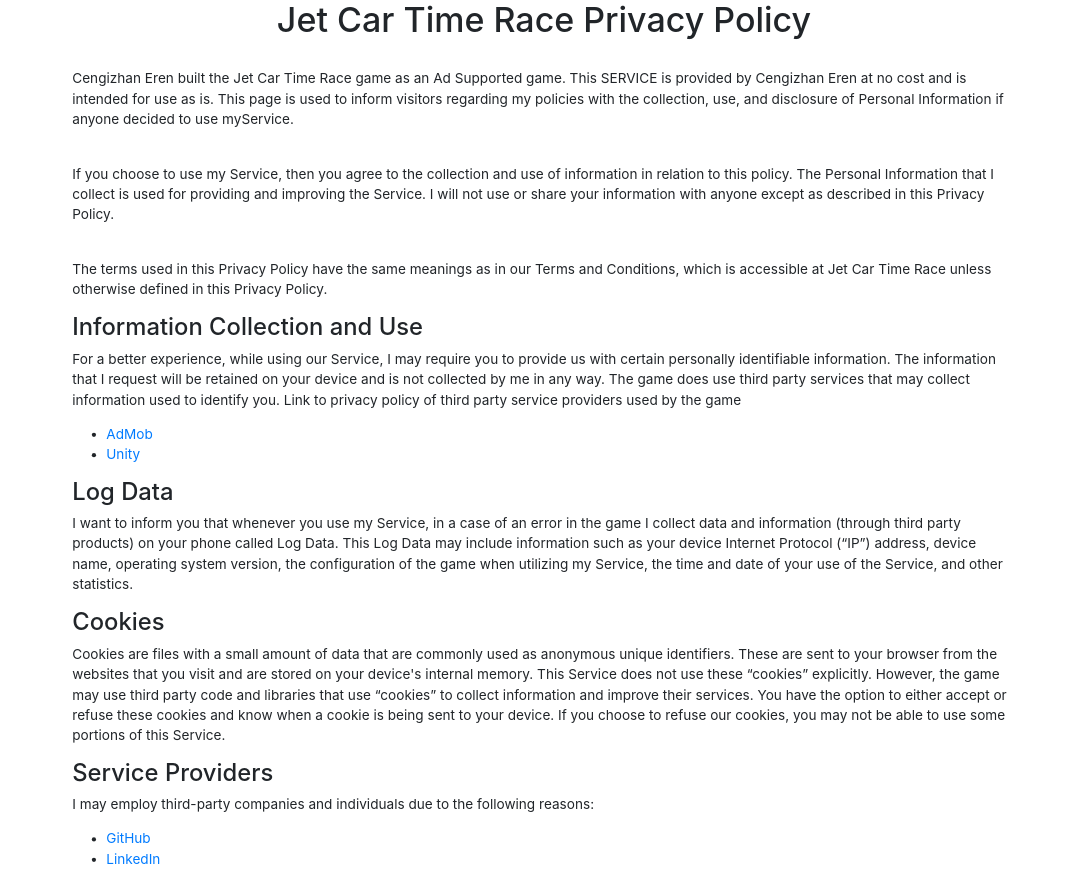
Repository: CengoCengo/cengocengo.github.io
Page: jetcartimeraceprivacypolicy.html
The author's editor kept a copy of each file at every save. The page is drawn from the files as they stood at one save, then again after the next save.
The browser window is 1280 px wide. The pictures show the whole page, at 85% of full size.

Above is the page before, as saved 2022-10-11 14:42:09.

After the next save:
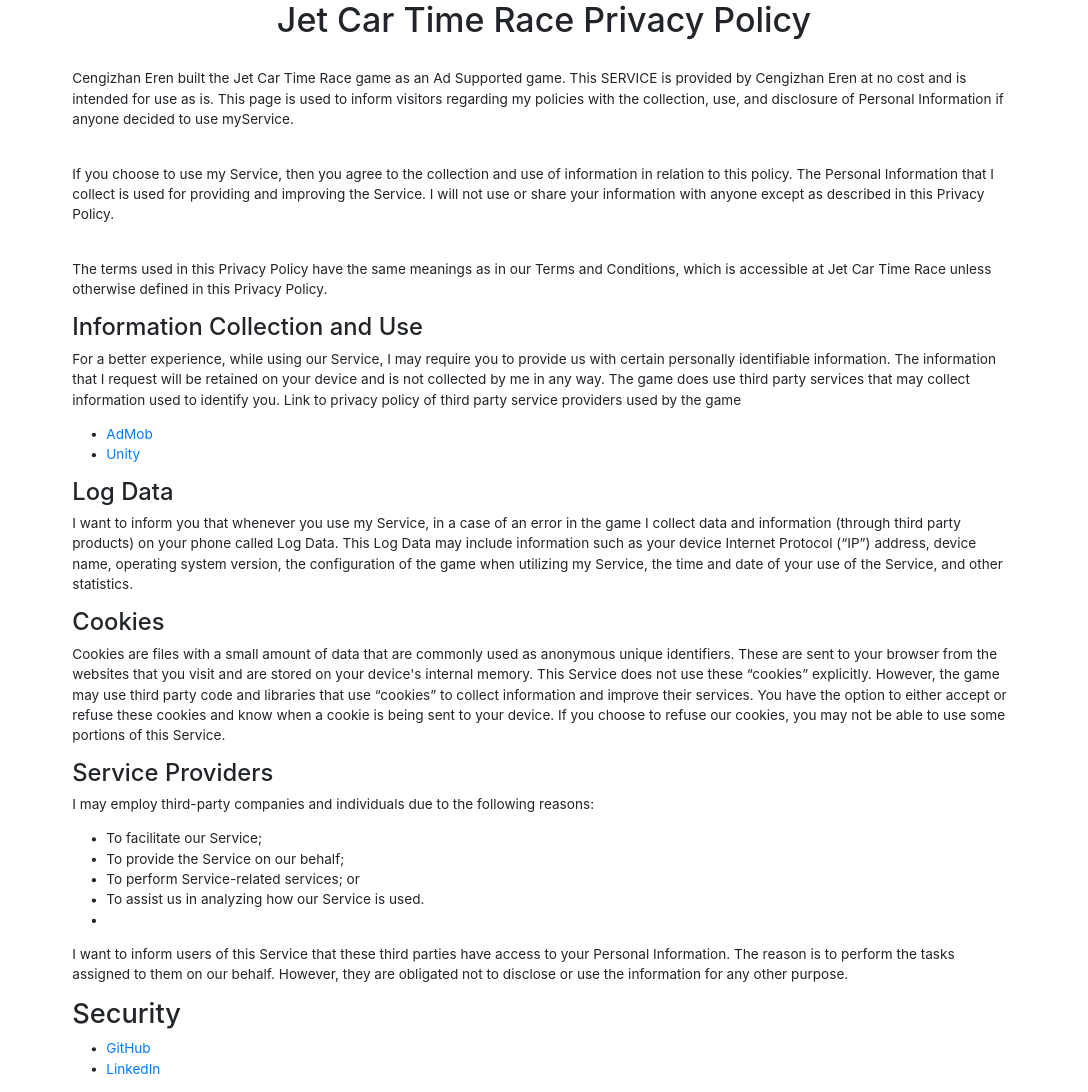
Saved 3 min 45 s later.
--- a/jetcartimeraceprivacypolicy.html
+++ b/jetcartimeraceprivacypolicy.html
@@ -80,6 +80,25 @@
                             I may employ third-party companies and individuals due to the following reasons:
                         </p>
 
+                        <ul>
+                            <li>To facilitate our Service;</li>
+                            <li>To provide the Service on our behalf;</li>
+                            <li>To perform Service-related services; or </li>
+                            <li>To assist us in analyzing how our Service is used.<li>
+                        </ul>
+
+                        <p>
+                            I want to inform users of this Service that these third parties have access to your Personal Information. The reason is to perform the tasks assigned to
+them on our behalf. However, they are obligated not to disclose or use the information for any other purpose.
+                        </p>
+
+                        <h2>
+                            Security
+                        </h2>
+
+
+
+
 						<nav>
 							<ul>
 								<li><a href="https://github.com/cengocengo" target="_blank" class="icon brands fa-github"><span>GitHub</span></a></li>
